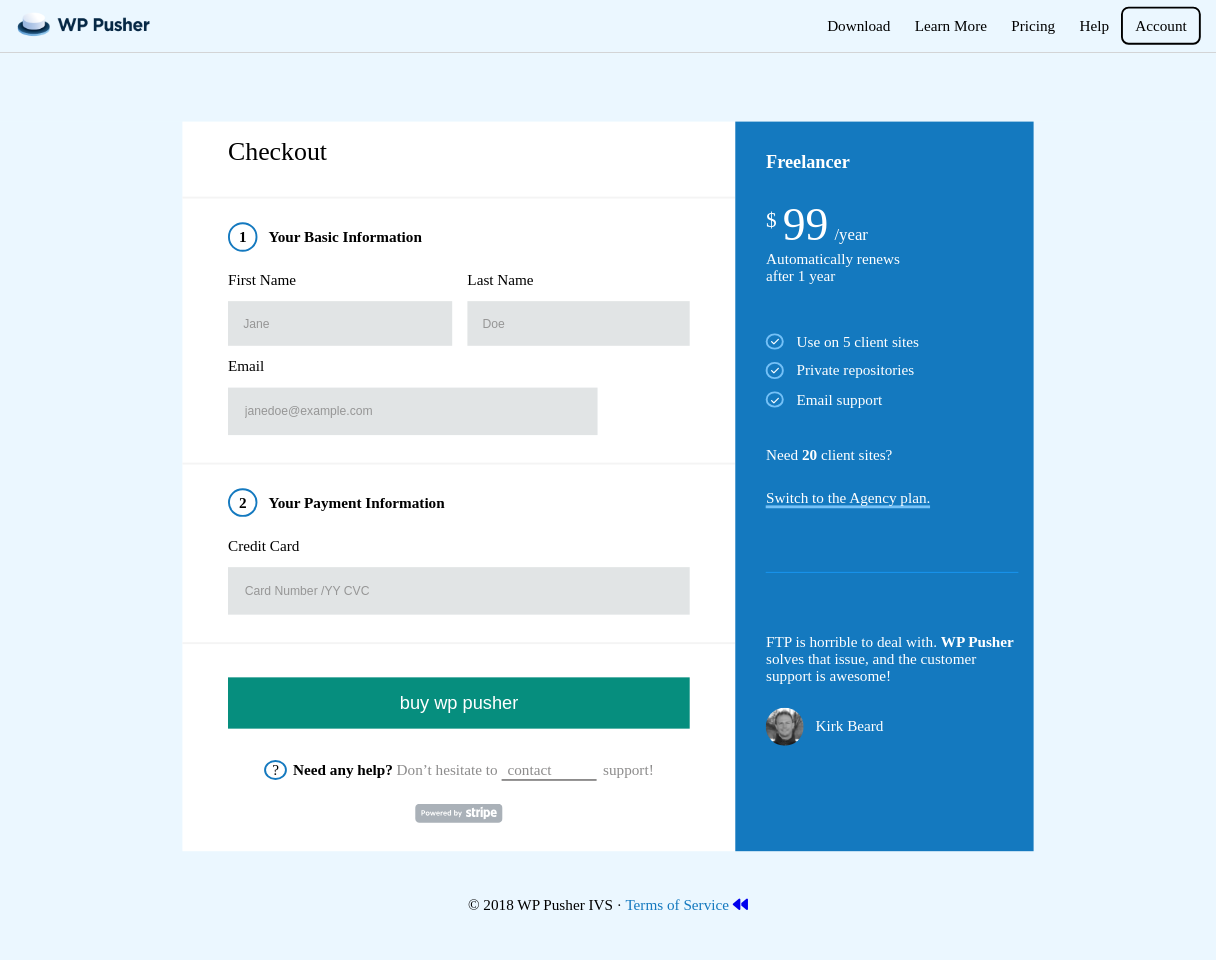
Repository: dark-txch/ass-1-6
Page: src/pages/wpPusher.html
An editor plug-in stored every save of this project. The page is shown before and after a run of saves, followed by the edit.
The browser window is 1280 px wide. The pictures show the whole page, at 95% of full size.
Some web libraries are served in a nearby version.

Above is the page before, as saved 2024-11-29 15:41:12.

### src/pages/wpPusher.html
<!DOCTYPE html>
<html lang="en">
	<head>
		<meta charset="UTF-8" />
		<meta name="viewport" content="width=device-width, initial-scale=1.0" />

		<!--  style link main  -->
		<link rel="stylesheet" href="../styles/wpPusher/wpPusher.css" />

		<!--  style link media  -->
		<link rel="stylesheet" href="../styles/wpPusher/mediaq.css" />

		<!-- font awesome -->
		<script
			src="https://kit.fontawesome.com/5a7bfc222a.js"
			crossorigin="anonymous"
		></script>

		<!--  favicon  -->
		<link rel="icon" href="/assets/C-Favicon/Dark-favicon_io/favicon.ico" />

		<!--  title  -->
		<title>wpPusher</title>
	</head>

	<!--  body  -->
	<body>
		<div id="navSection">
			<div id="navSection">
				<nav>
					<input type="checkbox" id="check" />
					<label for="check" class="hamburger" aria-label="Toggle Menu">
						<i class="fa-solid fa-bars"></i>
					</label>
					<span>
						<img
							src="/assets/wpPusher/wppusher-logo.png"
							alt="WP Pusher Logo"
						/>
					</span>

					<ul>
						<li><a href="#">Download</a></li>
						<li><a href="#">Learn more</a></li>
						<li><a href="#">Pricing</a></li>
						<li><a href="#">Help</a></li>
						<li><a class="active" href="#">Account</a></li>
					</ul>
				</nav>
			</div>
		</div>

		<!-- ----------------------main--------------- -->
		<main>
			<!-- -------------------------------------------form section -->
			<form id="formWhite">
				<h1>Checkout</h1>
				<!-- --------------------------- -->
				<hr />
				<!-- ----------------------------- -->
				<h3><span>&#x31;</span> your basic information</h3>

				<!-- -----------------twin for label and input -->
				<div id="twin">
					<div class="twin">
						<label for="#">first name</label>
						<input
							type="text"
							name="first name"
							id="firstName"
							placeholder="jane"
						/>
					</div>
					<div class="twin">
						<label for="#">last name</label>
						<input type="text" name="" id="lastName" placeholder="doe" />
					</div>
				</div>
				<!-- --------------------------single -->
				<div id="single">
					<label for="#">email</label>
					<input
						type="text"
						name=""
						id="email"
						placeholder="janedoe&#64;example.com"
					/>
				</div>

				<!-- --------------------------- -->
				<hr />
				<!-- ----------------------------- -->
				<h3><span>&#x32;</span> your payment information</h3>
				<div id="single">
					<label for="#">credit card</label>
					<input
						type="text"
						name=""
						id="creditCard"
						placeholder="Card Number &#47;YY CVC"
					/>
				</div>
				<!-- --------------------------- -->
				<hr />
				<!-- ----------------------------- -->
				<button class="buyButton">buy wp pusher</button>

				<!-- ---------------form footer -->
				<div id="formFooter">
					<div class="formFooter">
						<span>&#63;</span><span>Need any help&#63;</span>
						<span class="grey"
							>Don&#8217;t hesitate to
							<span class="border">contact </span>support&#33;</span
						>
					</div>

					<div class="logo">
						<img src="/assets/wpPusher/powered_by_stripe.svg" alt="" />
					</div>
				</div>
			</form>
			<!-- -----------------------------------------blue section -->
			<div id="blueSection">
				<h3>Freelancer</h3>
				<div class="nintyNine">
					<span class="dollar">&#36;</span><span class="nine">&#57;&#57;</span
					><span class="year">&#47;year</span>
					<p>Automatically renews after &#49; year</p>
				</div>
				<!-- -------unordered list -->
				<ul class="uL">
					<li>Use on &#53; client sites</li>
					<li>Private repositories</li>
					<li>Email support</li>
				</ul>
				<p class="clientSide">
					Need <span class="twenty">&#50;&#48;</span> client sites&#63;
				</p>
				<span>
					<a href="#">Switch to the Agency plan.</a>
				</span>
				<!-- --------------------------- -->
				<hr />
				<!-- ----------------------------- -->
				<!----------------------------------------------------------- blue section footer -->
				<div id="blueSectionFooter">
					<p>
						FTP is horrible to deal with.
						<span class="wp">WP Pusher</span> solves that issue, and the
						customer support is awesome&#33;
					</p>
					<div id="kirk">
						<img src="/assets/wpPusher/Bitmap.png" alt="kirk beard" />
						<span>kirk beard</span>
					</div>
				</div>
			</div>
		</main>
		<footer>
			&copy; 2018 WP Pusher IVS &#183; <span>Terms of Service</span>
				<span>
				<a href="/index.html">
					<i class="fa-solid fa-backward"></i>
				</a>
			</span>
		</footer>
	</body>
</html>

### src/styles/wpPusher/wpPusher.css
/*  ----------------------General style for all  -----*/

:root {
	--font-size: 1rem;

	--breakpoint-medium: 768px;
	--breakpoint-large: 1024px;
}

html,
body {
	min-height: 100%;
	min-width: 100%;
	background-color: #ebf7ff;

	/* font-family: monospace; */
}

/*  ----------------- asteriks  */
* {
	margin: 0;
	padding: 0;
	outline: none;
	border: none;
	text-decoration: none;
	list-style: none;
	box-sizing: border-box;
}

/* ----------------- Mobile Workflow------------- */

/* -----------------------nav section */

#navSection {
	width: 100%;
	height: 3.5rem;
	display: flex;
	align-items: center;
	justify-content: center;

	position: fixed;
	top: 0;
	z-index: 99;

	background-color: #ebf7ff;
}

nav {
	width: 100%;
	height: 100%;
	display: flex;
	align-items: center;
	justify-content: space-between;
	position: relative;

	padding: 0 1rem;

	border-bottom: 1.5px solid rgb(203, 201, 201);
}

nav img {
	width: 9rem;
}

/* ---------------------Hamburger Menu Button */
.hamburger {
	font-size: 2.5rem;
	color: black;
	cursor: pointer;
	display: block;
}

/* ---------------------------checkbox */
#check {
	display: none;
}

/* Navigation Menu (Mobile Default: Hidden) */
nav ul {
	display: grid;
	place-content: center;
	transition: all 0.5s;
	text-align: center;

	background: black;

	position: fixed;
	top: 3.5rem;
	right: -100%;
	width: 100%;
	height: calc(100vh - 3rem);

	z-index: 1000;
}

nav ul li {
	margin: 0.8rem 0;

	margin-bottom: 1rem;
}

nav ul li a {
	color: rgb(255, 255, 255);
	font-size: 1.2rem;
	text-transform: capitalize;
	padding: 0.6rem 0.8rem;
	border-radius: 0.5rem;
}

nav ul li a.active {
	border: 2px solid rgb(255, 255, 255);
	color: rgb(255, 255, 255);
}

nav ul li a:hover {
	border: 2px solid white;
	color: #1479bf;
}

/* Show Menu When Checkbox is Checked */
#check:checked ~ ul {
	right: 0; /* Slide menu into view */
}

/* -----------------------------WP-PUSHER LOGO */

/* -------------------------------------------------------- */

/* ----------------------------------------- */
/* -------------------------------------------------------- */
/* --------------------------------------------MAIN */
main {
	display: block;
	width: 100%;
	height: auto;

	margin: 6rem 0 0;
}

/* --------------------------------------form */
#formWhite {
	background-color: white;
}

#formWhite h1 {
	font-size: 1.7rem;
	font-weight: 100;

	padding: 1rem;
}

/* ---------------------------------- */
#formWhite hr {
	border: 1.5px solid rgb(244, 244, 244);
	margin: 1rem 0;

	width: 100%;
}
/* ---------------------------------- */

#formWhite h3 {
	padding: 1rem 1rem 1.7rem;

	font-size: 1.2rem;
	text-transform: capitalize;
}

#formWhite h3 > span {
	border: 2px solid #1479bf;
	border-radius: 50%;

	padding: 0.3rem 0.6rem;
	margin-right: 0.5rem;
	font-size: 1rem;
}

/* -----------------------------------twin */
#twin,
#single {
	display: grid;
	padding: 0 1rem;
}
#twin label {
	font-size: 1rem;
	font-weight: 200;

	text-transform: capitalize;
}
#twin input {
	padding: 1rem;
	background-color: #e1e4e5;

	margin: 0.8rem 0;

	width: 100%;
}
#twin ::placeholder {
	font-size: 0.8rem;
	color: rgb(150, 150, 150);

	text-transform: capitalize;
}

/* ---------------------------------single */
#single label {
	font-size: 1rem;
	font-weight: 200;

	text-transform: capitalize;
}
#single input {
	padding: 1.1rem;
	background-color: #e1e4e5;

	margin: 0.8rem 0;

	width: 100%;
}
#single ::placeholder {
	font-size: 0.8rem;
	color: rgb(150, 150, 150);
}

/* ----------------------------------------buy button */
button.buyButton {
	background-color: #068e7e;
	color: white;

	font-size: 1.2rem;
	width: auto;
	padding: 1rem 0;
	display: block;

	margin: 2.2rem 1rem;
	/* ----------calculate */
	width: calc(100% - 2rem);
}

/* -------------------------------form footer */
#formFooter {
	display: flex;
	flex-direction: column;
	justify-content: center;
	align-items: center;

	margin: 0 1rem;

	font-size: 1rem;
}
.formFooter {
	text-align: center;
}

/* -------------------targeting each span */
#formFooter span:nth-of-type(1) {
	border: 2px solid #1479bf;
	padding: 0 0.4rem;
	border-radius: 50%;
	margin-right: 0.4rem;
}
#formFooter span:nth-of-type(2) {
	font-weight: 600;
}
#formFooter span.border {
	display: inline-block;
	padding-right: 3rem;
	border-radius: 0;
	border: none;
	border-bottom: 2px solid rgb(141, 140, 140);
}
#formFooter span.grey {
	color: rgb(141, 140, 140);
}

/* ------logo */
.logo {
	margin: 1.5rem;
}

/* --------- */
/* -----------------------------------------blue section */
#blueSection {
	background-color: #1479bf;
	color: white;

	display: grid;

	padding: 1rem;
	min-height: 100%;
	min-width: 100%;
}

#blueSection h3 {
	font-size: 1.2rem;
	padding: 1rem 0 1rem;
}
/* -----------------------------blue section ninetyNine section /span --*/
.dollar {
	font-size: 1.4rem;

	display: inline-block;
	transform: translateY(-0.9rem);
	padding-right: 0.4rem;
}
.nine {
	font-size: 3rem;

	padding-right: 0.4rem;
}
.year {
	font-size: 1.1rem;
}
/* ------------------------------- */
.nintyNine > p {
	max-width: 10rem;

	font-size: 1rem;

	padding-bottom: 2.5rem;
}

/* --------------------unordered list  */

.uL li {
	position: relative;
	padding: 0 2rem 0.8rem;

	font-size: 1rem;
}
.uL li::before {
	content: "\f00c";
	font-family: "Font Awesome 6 Free";
	font-weight: 900;
	position: absolute;
	left: 0;
	top: 0;
	color: white;
	font-size: 0.6rem;

	border: 2px solid #75c1f7;
	border-radius: 50%;
	padding: 0.1rem 0.2rem;
}

.clientSide {
	padding: 1rem 0;
}

.twenty {
	font-weight: 700;
}

#blueSection span > a {
	color: white;

	border-bottom: 3px solid #75c1f7;
}

#blueSection hr {
	border-bottom: 1.5px solid #1896f0;
	margin: 3rem 0 4rem;

	width: 100%;
}

#blueSectionFooter p {
	padding-bottom: 1.5rem;
}

.wp {
	font-weight: 700;
}

#kirk {
	padding-bottom: 5rem;
}

#kirk img {
	border-radius: 50%;
	margin-right: 0.5rem;
}

#kirk span {
	display: inline-block;
	transform: translateY(-1rem);

	text-transform: capitalize;
}
/*---------------------------------------------------footer */
footer {
	text-align: center;
	padding: 3rem 0;
}

footer span {
	color: #1479bf;
}

### src/styles/wpPusher/mediaq.css
/* -------------------------Assignment 5 media query--------------------- */

@media (min-width: 768px) {
	.hamburger {
		display: none;
	}

	nav ul {
		position: static;
		display: flex;
		justify-content: center;
		align-items: center;

		height: auto;
		width: auto;
		margin: 0;
		background: none;
	}

	nav ul li {
		margin: 0;
	}

	nav ul li a {
		color: black;
		font-size: 1rem;
	}

	nav ul li a.active {
		border: 2px solid black;
		color: black;
	}

	nav ul li a:hover {
		color: white;
		background-color: #1479bf;
	}

	/* ---------------------------------------------- */
	/* ----------------------------main */
	main {
		display: grid;
		grid-template-columns: 1fr 35%;
		place-self: center;

		width: 70vw;

		margin-top: 8rem;
	}

	/* ----------------------------form section */

	#formWhite h1 {
		font-size: 1.7rem;

		margin: 0 2rem;
	}
	#formWhite h3 {
		font-size: 1rem;

		margin: 0 2rem;
	}

	/* ----------------twin */
	#twin {
		display: flex;
		gap: 1rem;

		margin: 0 2rem;

		/* justify-content: space-between; */
	}

	#single {
		margin: 0 2rem;
	}

	#single input {
		width: 80%;
	}

	#single #creditCard {
		width: 100%;

		/* ask how ebube seperated the placeholder content */
	}

	button.buyButton {
		/* display: grid; */
		place-self: center;
		/* margin: 0 9rem; */

		width: calc(100% - 6rem);
	}

	/* ----------footer */
	.formFooter {
		width: 75%;

		/* margin-bottom: 4rem; */

		font-size: 1rem;
	}
	.logo {
		margin: 1.5rem 0;
	}

	/* ---------------- */

	/* ------------------------------blue section */
	#blueSection {
		height: 60vw;

		padding-left: 2rem;

		/* font-size: 1rem; */
	}
}

After the next 2 saves:
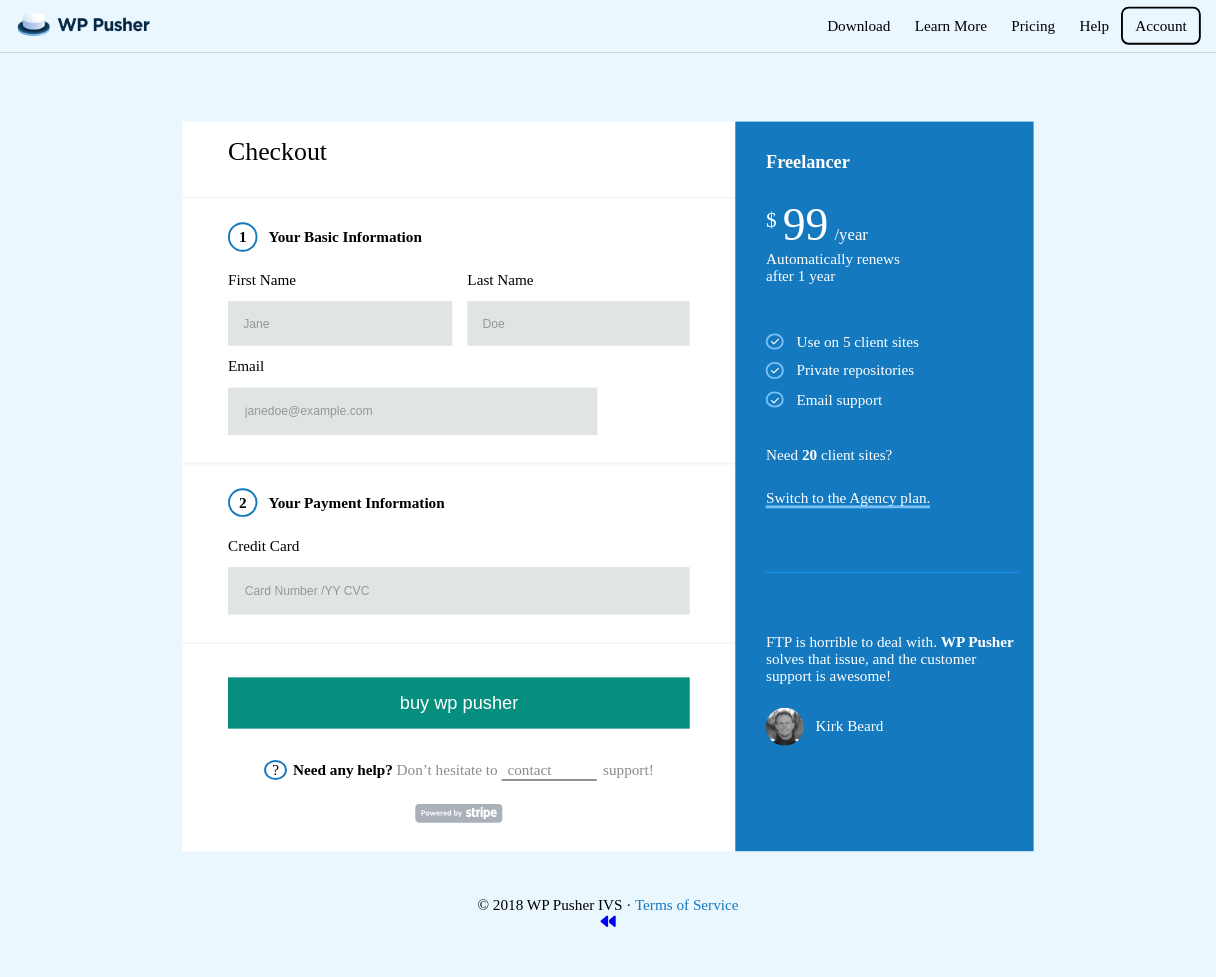
The 2 saves are shown as one change because they came seconds apart.
The last was saved 12 s later.
--- a/src/pages/wpPusher.html
+++ b/src/pages/wpPusher.html
@@ -159,11 +159,11 @@
 		</main>
 		<footer>
 			&copy; 2018 WP Pusher IVS &#183; <span>Terms of Service</span>
-				<span>
+			<div>
 				<a href="/index.html">
 					<i class="fa-solid fa-backward"></i>
 				</a>
-			</span>
+			</div>
 		</footer>
 	</body>
 </html>
